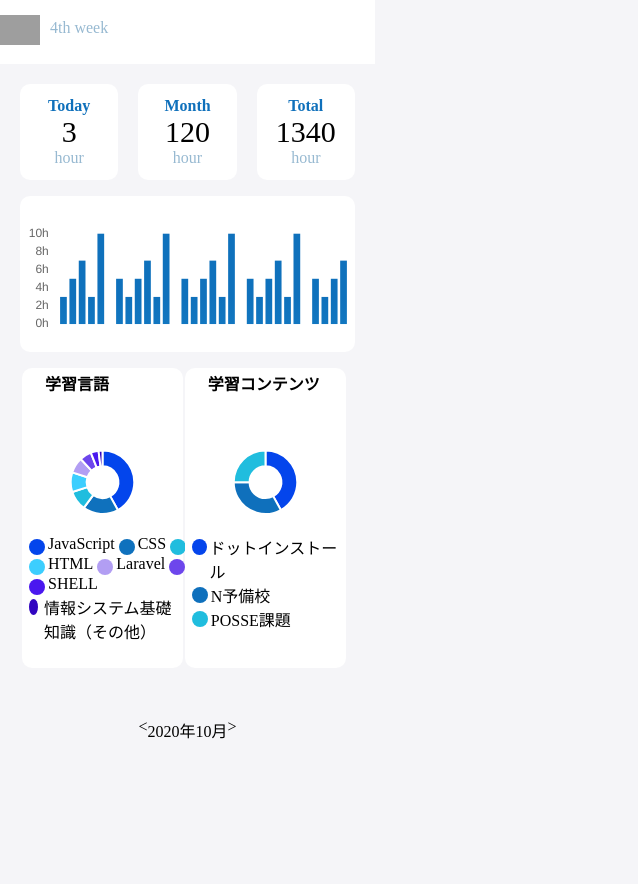
Repository: posse-ap/gen2.0-kamibayasitaito
Page: app/app.html
The author's editor kept a copy of each file at every save. The page is drawn from the files as they stood at one save, then again after the next save.
The browser window is 375 px wide. The page is 638 px wide, so the pictures cover 638 px, including what lies to the right of the window. The pictures show the whole page.
Pictures or frames that could not be fetched are drawn as grey boxes. Some web libraries are served in a nearby version.

Above is the page before, as saved 2021-11-26 18:47:33.

After the next save:
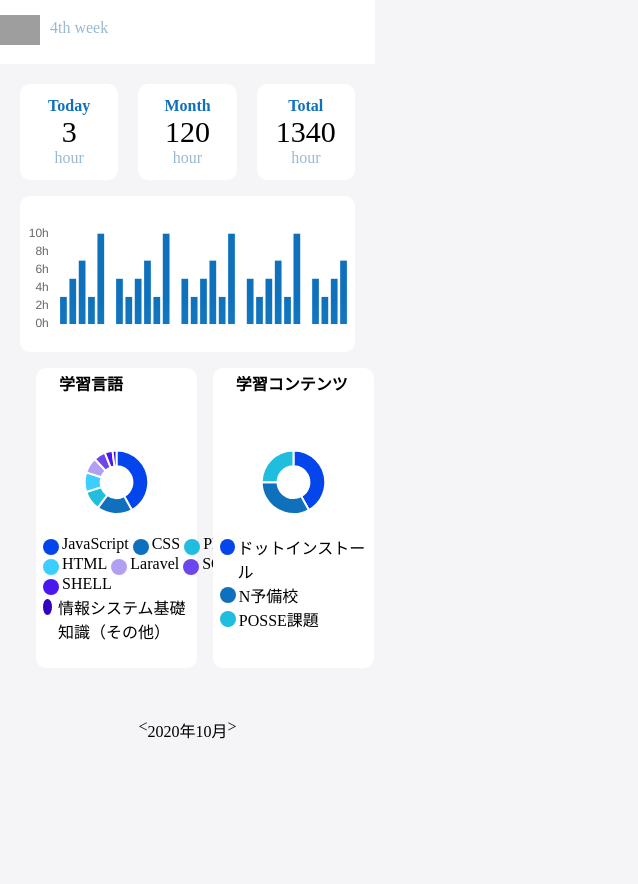
Saved 9 s later.
--- a/app/app_smartphone.css
+++ b/app/app_smartphone.css
@@ -165,7 +165,7 @@
         border: solid white;
         border-radius: 10px;
         background-color: white;
-        margin-left: 2px;
+        margin-left: 16px;
 
 
 
